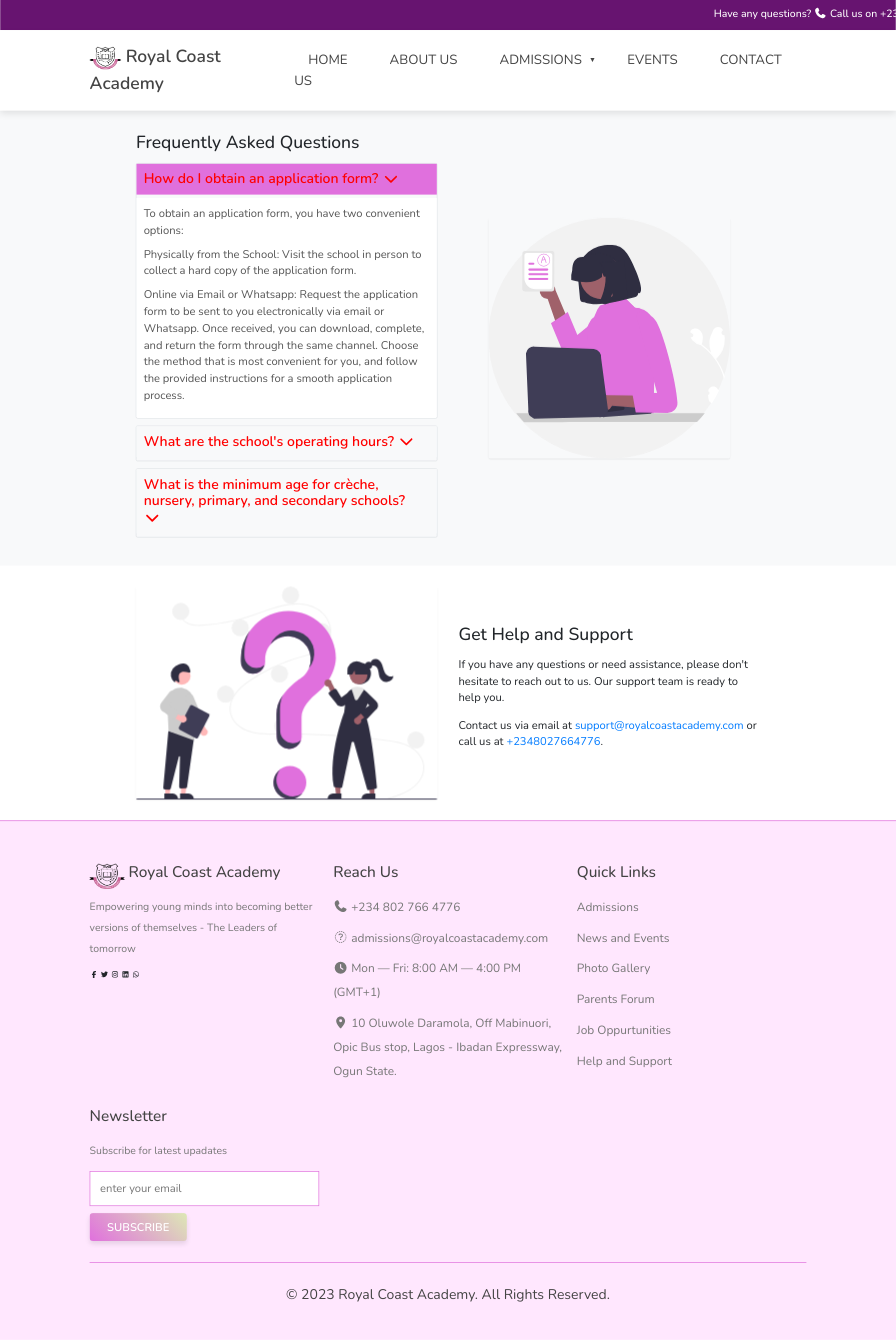
Repository: AdeniranZion/RC-Academy
Page: http://localhost/faq.php
The author's editor kept a copy of each file at every save. The page is drawn from the files as they stood at one save, then again after the next save.
The browser window is 1280 px wide. The pictures show the whole page, at 70% of full size.
The pointer rests on the first visible `.accordion-button`.
Some web libraries are served in a nearby version. The page is run by PHP 8.4 with error messages shown; the project is at /var/www/html/.

Above is the page before, as saved 2024-06-24 07:30:08.
Console error: TypeError: Cannot set properties of null (setting 'onclick')

After the next save:
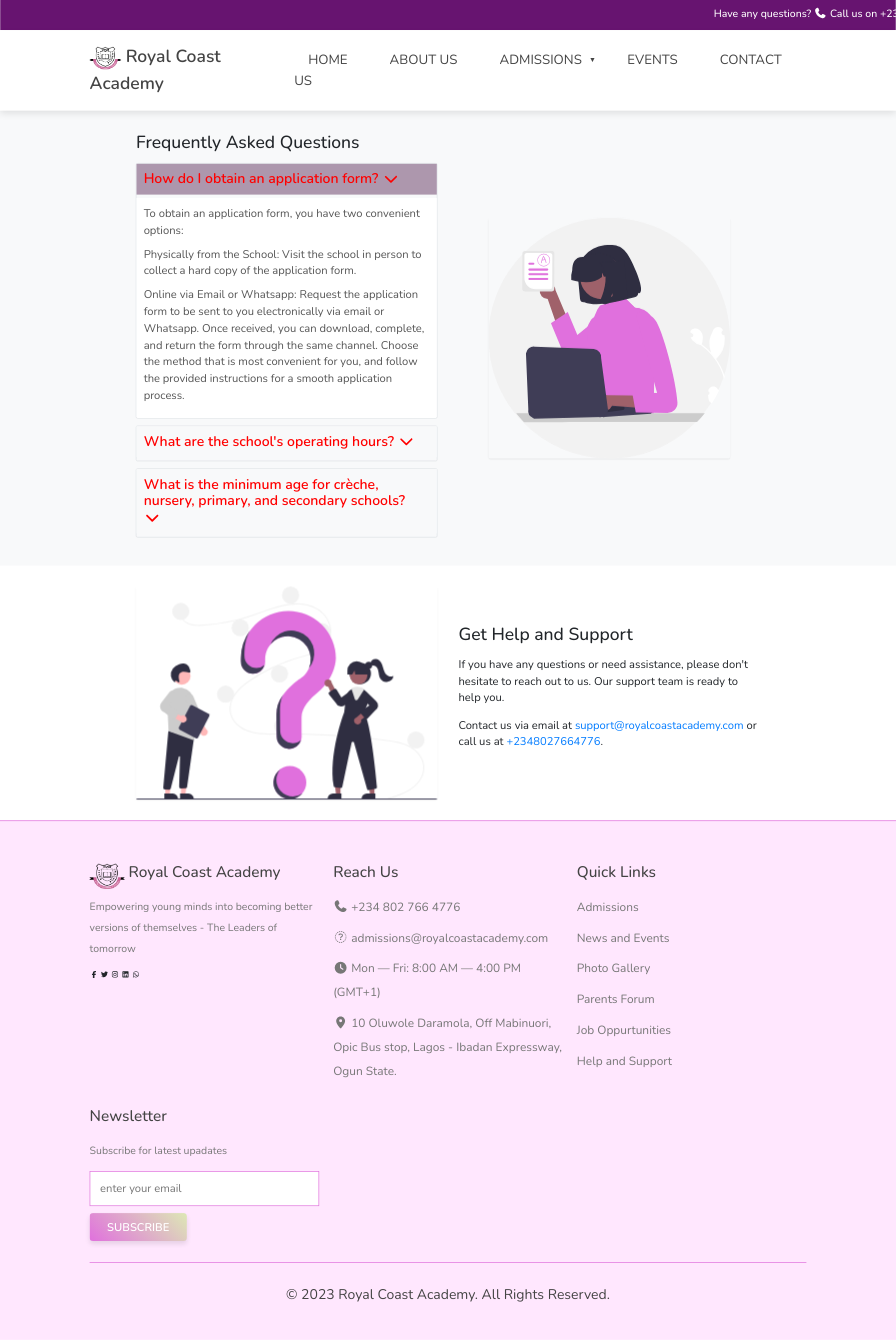
Saved 25 s later.
--- a/faq.php
+++ b/faq.php
@@ -22,7 +22,7 @@
     }
 
     .accordion-button:hover {
-        background-color: #e070dd; /* Darker background on hover */
+        background-color: #ad97ad; /* Darker background on hover */
     }
 
     .accordion-button i {
